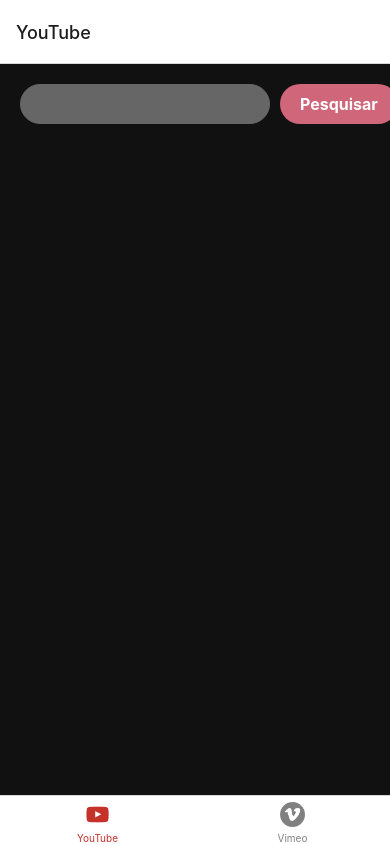
Repository: isaqkee/Youtube-API
Screen: /Home (app in youtubeAPI/)
An editor plug-in stored every save of this project. The screen is shown before and after the next save, followed by the edit.
The app was drawn by React Native's web renderer in a window 390 px wide. The project was rebuilt for these pictures with package versions that can differ from the ones it lists, and the page was loaded fresh each time. Also part of the build but not shown: youtubeAPI/VimeoScreen.js.

Above is the screen before, as saved 2024-05-27 22:09:33.

### youtubeAPI/App.js
// App.js
import * as React from 'react';
import { NavigationContainer } from '@react-navigation/native';
import { createStackNavigator } from '@react-navigation/stack';
import { createBottomTabNavigator } from '@react-navigation/bottom-tabs';
import { Image } from 'react-native';
import WelcomeScreen from './WelcomeScreen';
import YoutubeScreen from './YoutubeScreen';
import VimeoScreen from './VimeoScreen';

const Stack = createStackNavigator();
const Tab = createBottomTabNavigator();

function HomeTabs() {
  return (
    <Tab.Navigator
      screenOptions={({ route }) => ({
        tabBarIcon: ({ color, size }) => {
          let iconName;
          if (route.name === 'YouTube') {
            iconName = require('./assets/youtube.png');
          } else if (route.name === 'Vimeo') {
            iconName = require('./assets/vimeo.png');
          }
          return <Image source={iconName} style={{ width: size, height: size, tintColor: color }} />;
        },
      })}
      tabBarOptions={{
        activeTintColor: '#c4302b',
        inactiveTintColor: 'gray',
      }}
    >
      <Tab.Screen name="YouTube" component={YoutubeScreen} />
      <Tab.Screen name="Vimeo" component={VimeoScreen} />
    </Tab.Navigator>
  );
}

export default function App() {
  return (
    <NavigationContainer>
      <Stack.Navigator initialRouteName="Welcome">
        <Stack.Screen name="Welcome" component={WelcomeScreen} options={{ headerShown: false }}/>
        <Stack.Screen name="Home" component={HomeTabs} options={{ headerShown: false }}/>
      </Stack.Navigator>
    </NavigationContainer>
  );
}

### youtubeAPI/WelcomeScreen.js
import React from 'react';
import { View, Text, TouchableOpacity, StyleSheet, ImageBackground, Animated } from 'react-native';

export default function WelcomeScreen({ navigation }) {
  const fadeAnim = React.useRef(new Animated.Value(0)).current;

  React.useEffect(() => {
    Animated.timing(fadeAnim, {
      toValue: 1,
      duration: 1000,
      useNativeDriver: true,
    }).start();
  }, [fadeAnim]);

  return (
    <Animated.View style={[styles.container, { opacity: fadeAnim }]}>
      <ImageBackground source={require('./assets/back4.gif')} style={styles.backgroundImage}>
        <Text style={styles.title}>Bem-vindo ao Pesquisa de Vídeos</Text>
        <TouchableOpacity style={styles.button} onPress={() => navigation.navigate('Home')}>
          <Text style={styles.buttonText}>Começar</Text>
        </TouchableOpacity>
      </ImageBackground>
    </Animated.View>
  );
}

const styles = StyleSheet.create({
  container: {
    flex: 1,
    justifyContent: 'center',
    alignItems: 'center',
  },
  backgroundImage: {
    flex: 1,
    resizeMode: 'cover',
    justifyContent: 'center',
    alignItems: 'center',
    width: '100%',
    height: '100%',
  },
  title: {
    fontSize: 32,
    fontWeight: 'bold',
    color: '#fff',
    textAlign: 'center',
    marginBottom: 40,
  },
  button: {
    backgroundColor: '#c4302b',
    paddingVertical: 15,
    paddingHorizontal: 30,
    borderRadius: 30,
  },
  buttonText: {
    fontSize: 18,
    color: '#fff',
    fontWeight: 'bold',
  },
});

### youtubeAPI/YoutubeScreen.js
import React, { useState } from 'react';
import { View, Text, TextInput, TouchableOpacity, ScrollView, StyleSheet, Switch, Animated } from 'react-native';
import { WebView } from 'react-native-webview';
import { buscarVideos } from './youtube'; // ou buscarVideosVimeo para Vimeo

export default function VideoScreen() {
  const [pesquisa, setPesquisa] = useState('');
  const [videos, setVideos] = useState([]);
  const [isDarkMode, setIsDarkMode] = useState(true);
  const [bounceValue] = useState(new Animated.Value(0));

  const toggleDarkMode = () => {
    setIsDarkMode(!isDarkMode);
  };

  const pesquisar = async () => {
    try {
      const resultados = await buscarVideos(pesquisa);
      setVideos(resultados);
      Animated.sequence([
        Animated.timing(bounceValue, { toValue: 1.5, duration: 500, useNativeDriver: true }),
        Animated.timing(bounceValue, { toValue: 1, duration: 500, useNativeDriver: true }),
      ]).start();
    } catch (erro) {
      console.error('Erro ao pesquisar vídeos:', erro);
    }
  };

  return (
    <View style={[styles.container, isDarkMode ? styles.darkMode : null]}>
      <View style={styles.header}>
        <TextInput
          style={[styles.input, isDarkMode ? styles.inputDarkMode : null]}
          placeholder="Pesquisar vídeos..."
          placeholderTextColor={isDarkMode ? '#666' : '#999'}
          value={pesquisa}
          onChangeText={setPesquisa}
        />
        <TouchableOpacity style={[styles.button, isDarkMode ? styles.buttonDarkMode : null]} onPress={pesquisar}>
          <Text style={styles.buttonText}>Pesquisar</Text>
        </TouchableOpacity>
        <Switch value={isDarkMode} onValueChange={toggleDarkMode} />
      </View>
      <ScrollView style={styles.scrollView}>
        {videos.map((video, index) => (
          <Animated.View key={video.id.videoId} style={[styles.videoContainer, { transform: [{ scale: bounceValue }] }]}>
            <WebView
              style={styles.webview}
              javaScriptEnabled={true}
              domStorageEnabled={true}
              source={{ html: `<iframe width="100%" height="215" src="https://www.youtube.com/embed/${video.id.videoId}" frameborder="0" allowfullscreen></iframe>` }}
            />
            <Text style={styles.videoTitle}>{video.snippet.title}</Text>
          </Animated.View>
        ))}
      </ScrollView>
    </View>
  );
}

const styles = StyleSheet.create({
  container: {
    flex: 1,
    backgroundColor: '#222',
    paddingHorizontal: 20,
    paddingTop: 20,
  },
  darkMode: {
    backgroundColor: '#111',
  },
  header: {
    flexDirection: 'row',
    justifyContent: 'space-between',
    alignItems: 'center',
    marginBottom: 20,
  },
  input: {
    flex: 1,
    height: 40,
    borderWidth: 1,
    borderColor: '#ccc',
    borderRadius: 20,
    paddingHorizontal: 15,
    marginRight: 10,
    color: '#fff',
    backgroundColor: '#333',
  },
  inputDarkMode: {
    color: '#fff',
    backgroundColor: '#666',
    borderColor: '#666',
  },
  button: {
    backgroundColor: '#c4302b',
    paddingVertical: 10,
    paddingHorizontal: 20,
    borderRadius: 20,
  },
  buttonDarkMode: {
    backgroundColor: '#cf6679',
  },
  buttonText: {
    color: '#fff',
    fontSize: 16,
    fontWeight: 'bold',
  },
  scrollView: {
    flex: 1,
  },
  videoContainer: {
    marginBottom: 20,
    backgroundColor: '#333',
    borderRadius: 10,
    overflow: 'hidden',
    shadowColor: '#000',
    shadowOffset: {
      width: 0,
      height: 2,
    },
    shadowOpacity: 0.25,
    shadowRadius: 3.84,
    elevation: 5,
  },
  videoTitle: {
    fontSize: 16,
    fontWeight: 'bold',
    paddingHorizontal: 10,
    paddingVertical: 5,
    backgroundColor: '#c4302b',
    color: '#fff',
  },
  webview: {
    width: '100%',
    aspectRatio: 16 / 9,
  },
});

### youtubeAPI/youtube.js
import axios from 'axios';

const API_KEY = 'AIzaSyD36Bn6BKLPz8AdMSyxT2fALm-VOflpI8U';

export const buscarVideos = async (query) => {
  try {
    const pesquisa = await axios.get('https://www.googleapis.com/youtube/v3/search', {
      params: {
        q: query,
        part: 'snippet',
        maxResults: 10,
        type: 'video',
        key: API_KEY,
      },
    });
    return pesquisa.data.items;
  } catch (erro) {
    console.error('Erro ao buscar vídeos do YouTube:', erro);
    throw erro;
  }
};

After the next save:
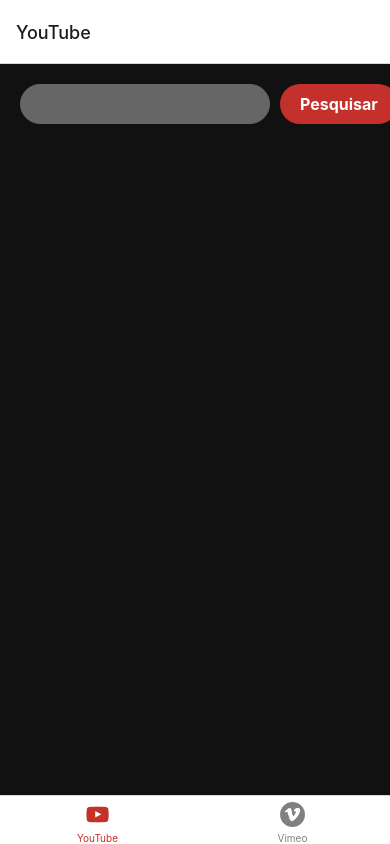
Saved 9 s later.
--- a/youtubeAPI/YoutubeScreen.js
+++ b/youtubeAPI/YoutubeScreen.js
@@ -97,7 +97,7 @@
     borderRadius: 20,
   },
   buttonDarkMode: {
-    backgroundColor: '#cf6679',
+    backgroundColor: '#c4302b',
   },
   buttonText: {
     color: '#fff',
